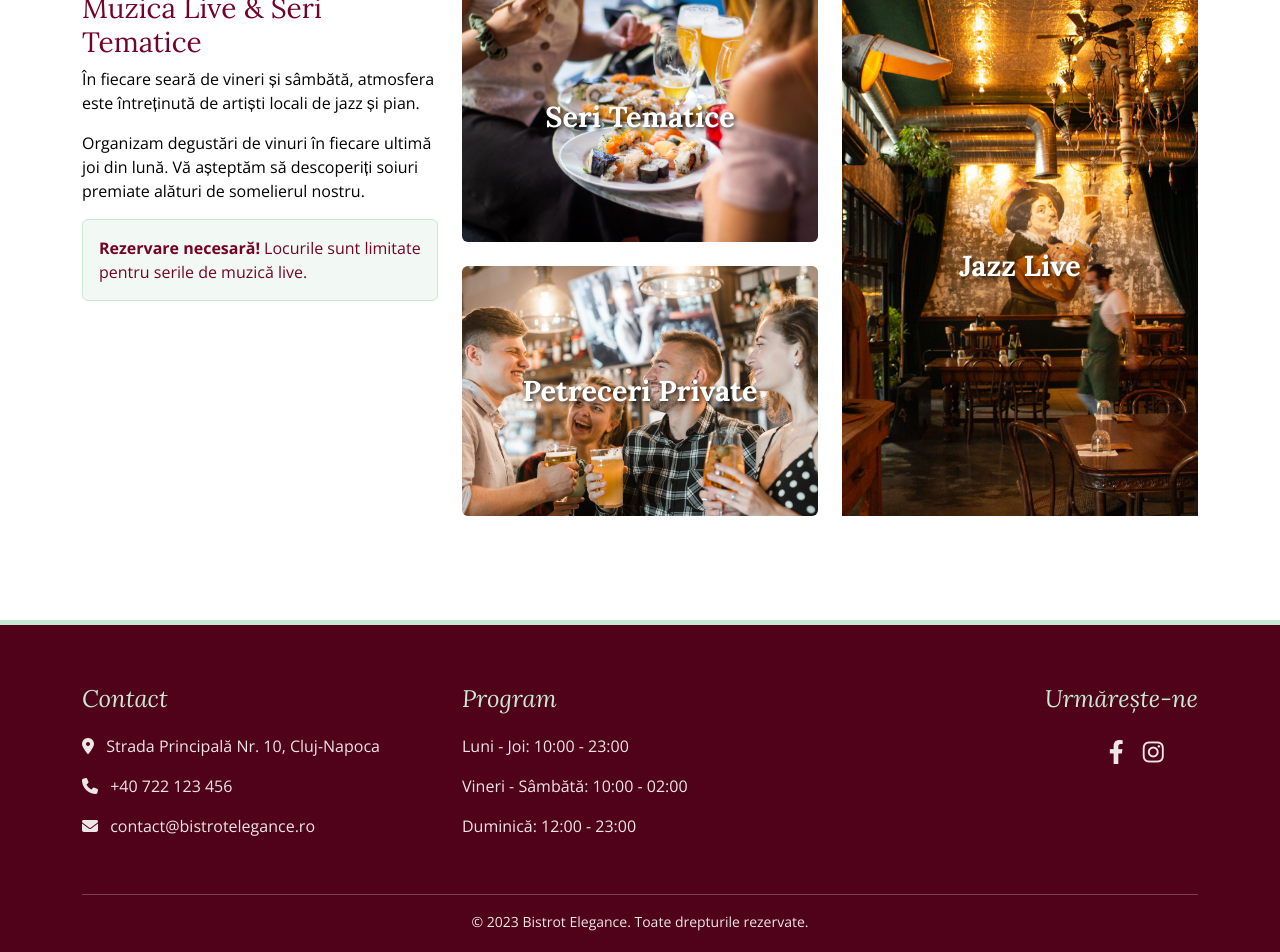
Repository: 912-Comsa-Teodora/bistrot-restaurant
Page: restaurant/index.html
The author's editor kept a copy of each file at every save. The page is drawn from the files as they stood at one save, then again after the next save.
The browser window is 1280 px wide. The pictures show the part of the page from y = 2120 to 3072 px (the page is 3072 px tall).
A picture or video elsewhere on the page could not be fetched, so the positions and the page height are approximate.

Above is the page before, as saved 2026-01-18 12:54:12.

After the next save:
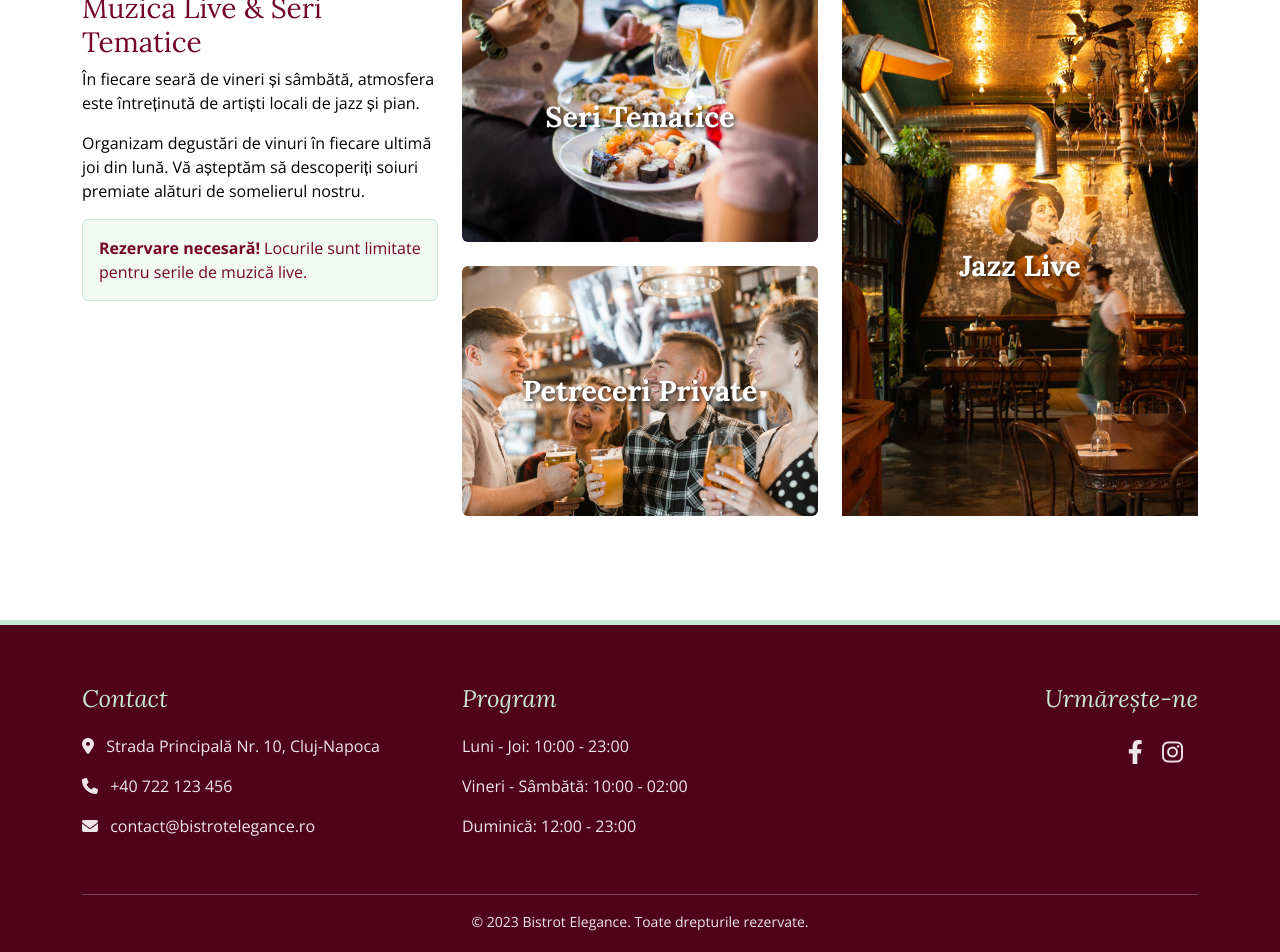
Saved 91 s later.
--- a/restaurant/index.html
+++ b/restaurant/index.html
@@ -461,9 +461,8 @@
                 <div class="col-md-4 mb-4 text-md-end text-start">
                     <h4>Urmărește-ne</h4>
                     <div class="social-icons">
-                        <a href="#" aria-label="Facebook"><i class="fab fa-facebook-f"></i></a>
+                        <a href="https://www.instagram.com/p/DTpjjSEiNyFa9zL6V36H__r-7ydWBVExPYOuuw0/?igsh=MWZ2dzEzcHJvdDZu" aria-label="Facebook"><i class="fab fa-facebook-f"></i></a>
                         <a href="https://www.instagram.com/bistrotelegance?igsh=MXN3Zzh1YTdrY3Y3cw%3D%3D&utm_source=qr" aria-label="Instagram"><i class="fab fa-instagram"></i></a>
-                        <a href="#" aria-label="TripAdvisor"><i class="fab fa-tripadvisor"></i></a>
                     </div>
                 </div>
             </div>

After the save that followed:
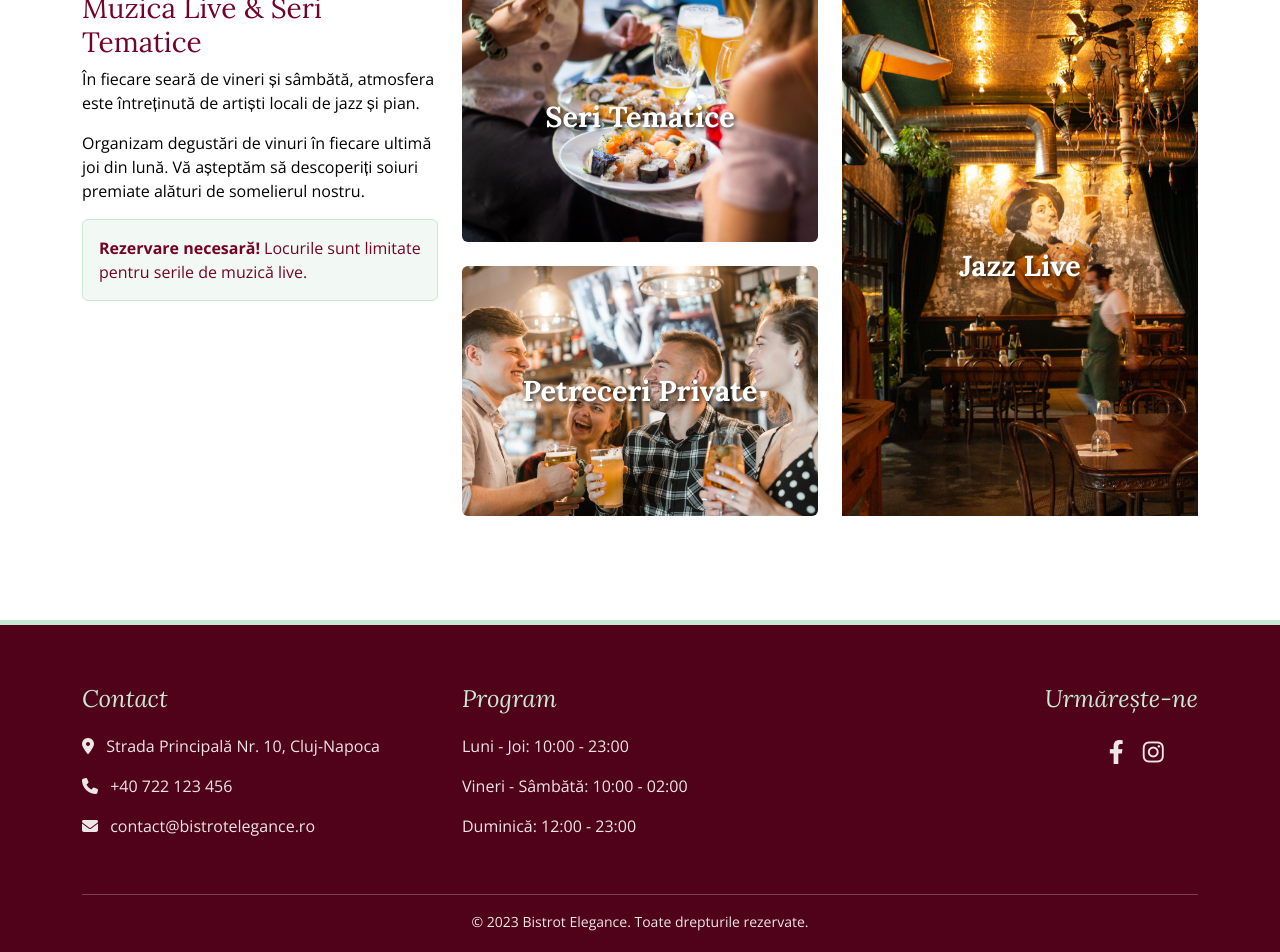
Saved 14 s later.
--- a/restaurant/index.html
+++ b/restaurant/index.html
@@ -463,6 +463,7 @@
                     <div class="social-icons">
                         <a href="https://www.instagram.com/p/DTpjjSEiNyFa9zL6V36H__r-7ydWBVExPYOuuw0/?igsh=MWZ2dzEzcHJvdDZu" aria-label="Facebook"><i class="fab fa-facebook-f"></i></a>
                         <a href="https://www.instagram.com/bistrotelegance?igsh=MXN3Zzh1YTdrY3Y3cw%3D%3D&utm_source=qr" aria-label="Instagram"><i class="fab fa-instagram"></i></a>
+                        <a href="#" aria-label="TripAdvisor"><i class="fab fa-tripadvisor"></i></a>
                     </div>
                 </div>
             </div>
